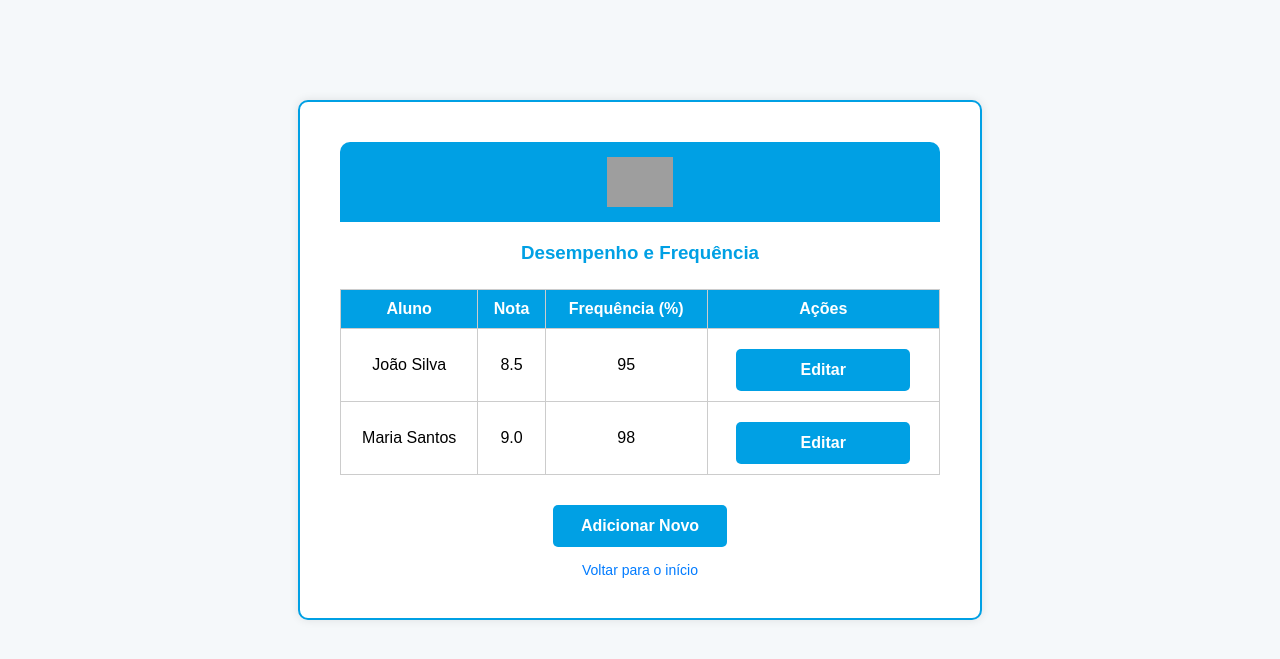
Repository: Guilherme-burle/Portal-do-Aluno-P2
Page: http://localhost/desempenho/
These files come from the project's save history. The page is drawn as it stood at one moment and after the next save; the edit follows.
The browser window is 1280 px wide. The pictures show the whole page.
Pictures or frames that could not be fetched are drawn as grey boxes. The page is served by the project's application, run on Django 5.2 (PortaldoAluno/manage.py). A made-up administrator, testuser (Test User, test@example.com), is signed in. Other server files are loaded and not shown.

Above is the page before, as saved 2025-05-19 17:30:05.

### PortaldoAluno/Aplicativo/templates/listD&F.html
<!DOCTYPE html>
<html lang="pt-br">
<head>
  <meta charset="UTF-8" />
  <title>Visualizar Desempenho e Frequência</title>
  <style>
    body {
      font-family: Arial, sans-serif;
      background-color: #f5f8fa;
      margin: 0;
      padding: 0;
      display: flex;
      justify-content: center;
      align-items: center;
      height: 100vh;
    }

    .container {
      background-color: white;
      padding: 40px;
      border-radius: 10px;
      border: 2px solid #00a0e4;
      box-shadow: 0 0 10px rgba(0,0,0,0.1);
      text-align: center;
      width: 600px;
      overflow-y: auto;
      max-height: 90vh;
    }

    .logo {
      background-color: #00a0e4;
      padding: 15px;
      border-radius: 10px 10px 0 0;
      display: flex;
      align-items: center;
      justify-content: center;
    }

    .logo img {
      height: 50px;
    }

    h3 {
      color: #00a0e4;
      margin-top: 20px;
      margin-bottom: 25px;
    }

    table {
      width: 100%;
      border-collapse: collapse;
      margin-bottom: 20px;
    }

    th, td {
      border: 1px solid #ccc;
      padding: 10px;
      text-align: center;
    }

    th {
      background-color: #00a0e4;
      color: white;
    }

    .btn {
      background-color: #00a0e4;
      color: white;
      border: none;
      padding: 12px;
      width: 150px;
      border-radius: 5px;
      cursor: pointer;
      font-weight: bold;
      margin-top: 10px;
      text-decoration: none;
      display: inline-block;
    }

    .btn:hover {
      background-color: #007bbd;
    }

    .voltar {
      margin-top: 15px;
      font-size: 14px;
    }

    .voltar a {
      color: #007bff;
      text-decoration: none;
    }

    .voltar a:hover {
      text-decoration: underline;
    }
  </style>
</head>
<body>
  <div class="container">
    <div class="logo">
      <img src="https://i.imgur.com/7H8lMIL.png" alt="Logo Instituto Solidare" />
    </div>

    <h3>Desempenho e Frequência</h3>

    <table>
      <thead>
        <tr>
          <th>Aluno</th>
          <th>Nota</th>
          <th>Frequência (%)</th>
          <th>Ações</th>
        </tr>
      </thead>
      <tbody>
        <!-- Exemplo estático, substitua com dados dinâmicos -->
        <tr>
          <td>João Silva</td>
          <td>8.5</td>
          <td>95</td>
          <td><a class="btn" href="/desempenho/editar/1">Editar</a></td>
        </tr>
        <tr>
          <td>Maria Santos</td>
          <td>9.0</td>
          <td>98</td>
          <td><a class="btn" href="/desempenho/editar/2">Editar</a></td>
        </tr>
      </tbody>
    </table>

    <a href="/desempenho/adicionar" class="btn">Adicionar Novo</a>

    <div class="voltar">
      <a href="/">Voltar para o início</a>
    </div>
  </div>
</body>
</html>

### PortaldoAluno/Aplicativo/decorators.py
from django.shortcuts import redirect

def login_required(view_func):
    def wrapper(request, *args, **kwargs):
        if not request.user.is_authenticated:
            return redirect('login')
        return view_func(request, *args, **kwargs)
    return wrapper

### PortaldoAluno/Aplicativo/views.py
from django.contrib.auth import logout
from django.contrib.auth.models import User
from django.shortcuts import render, redirect, get_object_or_404
from django.contrib.auth import authenticate, login as auth_login
from .models import Aluno, Avaliacao, EventoCalendario, DesempenhoFrequencia
from django.contrib import messages
from django.urls import reverse
from .decorators import login_required
from django.contrib.auth.hashers import make_password
from datetime import date


@login_required
def home(request):
    return render(request, 'home.html')

@login_required
def home_adm(request):
    alunos = Aluno.objects.all()
    return render(request, 'homeadm.html', {'alunos': alunos})

def cadastro(request):
    if request.method == 'POST':
        nome = request.POST.get('nome')
        email = request.POST.get('email')
        senha = request.POST.get('senha')
        is_admin = request.POST.get('is_admin') == 'on'

        print(f"Nome: {nome}")
        print(f"E-mail: {email}")
        print(f"Senha: {senha}")
        print(f"Administrador: {is_admin}")

        if User.objects.filter(email=email).exists():
            return render(request, 'cadastro.html', {'mensagem': 'E-mail já está em uso.'})

        try:
            user = User.objects.create_user(
                username=email,
                email=email,
                password=senha,
                first_name=nome,
                is_superuser=is_admin,
                is_staff=is_admin
            )
            user.save()

            print(f"Usuário {user.username} cadastrado com sucesso!")

            return redirect('login')

        except Exception as e:
            print(f"Erro ao criar o usuário: {e}")
            return render(request, 'cadastro.html', {
                'mensagem': 'Erro ao cadastrar o usuário. Tente novamente.',
                'tipo_mensagem': 'error'
            })

    return render(request, 'cadastro.html')

def login(request):
    if request.method == 'POST':
        username = request.POST.get('username')
        password = request.POST.get('password')

        print(f"Username: {username}, Password: {password}")
        user = authenticate(request, username=username, password=password)

        if user:
            print("Usuário autenticado!")
            auth_login(request, user)
            return redirect('homeadm') if user.is_staff else redirect('home')
        else:
            print("Dados inválidos")
            return render(request, 'login.html', {'erro': 'Dados inválidos'})

    return render(request, 'login.html')

@login_required
def logout_view(request):
    logout(request)
    return redirect('home')

@login_required
def add_aluno(request):
    if request.method == 'POST':
        nome = request.POST.get('nome')
        data_nascimento = request.POST.get('data_nascimento')
        escolaridade = request.POST.get('escolaridade')
        turno = request.POST.get('turno')
        escola = request.POST.get('escola')
        endereco = request.POST.get('endereco')
        bairro = request.POST.get('bairro')
        telefone = request.POST.get('telefone')
        curso = request.POST.get('curso')

        if not all([nome, data_nascimento, escolaridade, turno, escola, endereco, bairro, telefone, curso]):
            return render(request, 'add.html', {'erro': 'Todos os campos são obrigatórios'})

        aluno = Aluno.objects.create(
            nome=nome,
            data_nascimento=data_nascimento,
            escolaridade=escolaridade,
            turno=turno,
            escola=escola,
            endereco=endereco,
            bairro=bairro,
            telefone=telefone,
            curso=curso,
        )

        aluno.save()

        messages.success(request, 'Aluno cadastrado com sucesso!')
        return render(request, 'add.html')

    return render(request, 'add.html')

@login_required
def ver(request):
    alunos = Aluno.objects.all()

    return render(request, 'ver.html', {'alunos': alunos})

@login_required
def deletar_alunos(request, aluno_id):
    aluno = get_object_or_404(Aluno, id=aluno_id)
    aluno.delete()
    return redirect(request.META.get('HTTP_REFERER', 'ver'))

@login_required
def editar_alunos(request, aluno_id):
    aluno = get_object_or_404(Aluno, id=aluno_id)

    if request.method == 'POST':
        nome = request.POST.get('nome')
        data_nascimento = request.POST.get('data_nascimento')
        escolaridade = request.POST.get('escolaridade')
        turno = request.POST.get('turno')
        escola = request.POST.get('escola')
        endereco = request.POST.get('endereco')
        bairro = request.POST.get('bairro')
        telefone = request.POST.get('telefone')
        curso = request.POST.get('curso')

        alterado = (
            nome != aluno.nome or
            data_nascimento != str(aluno.data_nascimento) or
            escolaridade != aluno.escolaridade or
            turno != aluno.turno or
            escola != aluno.escola or
            endereco != aluno.endereco or
            bairro != aluno.bairro or
            telefone != aluno.telefone or
            curso != aluno.curso
        )

        if alterado:
            aluno.nome = nome
            aluno.data_nascimento = data_nascimento
            aluno.escolaridade = escolaridade
            aluno.turno = turno
            aluno.escola = escola
            aluno.endereco = endereco
            aluno.bairro = bairro
            aluno.telefone = telefone
            aluno.curso = curso
            aluno.save()
            messages.success(request, 'Informações atualizadas com sucesso!')
        else:
            messages.error(request, 'Você precisa alterar alguma informação.')

    return render(request, 'editar.html', {'aluno': aluno})

@login_required
def avaliar_solidare(request):
    if request.method == 'POST':
        pergunta_1 = request.POST.get('pergunta_1')
        pergunta_2 = request.POST.get('pergunta_2')
        pergunta_3 = request.POST.get('pergunta_3')
        sugestao = request.POST.get('sugestao', '')

        if not all([pergunta_1, pergunta_2, pergunta_3]):
            messages.error(request, 'Responda todos os campos.')
            return render(request, 'avaliacao.html')

        Avaliacao.objects.create(
            pergunta_1=pergunta_1,
            pergunta_2=pergunta_2,
            pergunta_3=pergunta_3,
            sugestao=sugestao
        )
        messages.success(request, 'Avaliação enviada com sucesso!')

    return render(request, 'avaliacao.html')

@login_required
def calendario(request):
    hoje = date.today()
    eventos = EventoCalendario.objects.filter(user=request.user).order_by('data')
    meses = ["Janeiro", "Fevereiro", "Março", "Abril", "Maio", "Junho", "Julho", "Agosto", "Setembro", "Outubro", "Novembro", "Dezembro"]
    dias_semana = ["Dom", "Seg", "Ter", "Qua", "Qui", "Sex", "Sab"]
    contexto = {
        'meses': meses,
        'dias_semana': dias_semana,
        'eventos': eventos,
        'ano_atual': hoje.year,
        'mes_atual': hoje.month - 1
    }
    return render(request, 'calendario.html', contexto)

@login_required
def add_eventos(request):
    data = request.GET.get('data')

    if request.method == 'POST':
        nome = request.POST.get('nome')
        horario = request.POST.get('horario')


        if nome and data:
            EventoCalendario.objects.create(nome=nome, data=data, horario=horario, user=request.user)
            messages.success(request, "Evento adicionado com sucesso!")
            return redirect('calendario')
        else:
            return render(request, 'add_eventos.html', {'erro': 'Dados incompletos.', 'data': data})

    if not data:
        return render(request, 'erro.html', {'mensagem': 'Data não informada.'})

    return render(request, 'add_eventos.html', {'data': data})

@login_required
def desempenho_create(request):
    if request.method == 'POST':
        aluno_id = request.POST.get('aluno')
        faltas = request.POST.get('faltas')
        desempenho = request.POST.get('desempenho')
        emoji = request.POST.get('emoji')
        comentario = request.POST.get('comentario_professor')

        aluno = get_object_or_404(Aluno, id=aluno_id)

        DesempenhoFrequencia.objects.create(
            aluno=aluno,
            faltas=faltas,
            desempenho=desempenho,
            emoji=emoji,
            comentario_professor=comentario
        )
        return redirect('listD&F')

    alunos = Aluno.objects.all()
    return render(request, 'addD&F.html', {'alunos': alunos})

@login_required
def desempenho_list(request):
    desempenhos = DesempenhoFrequencia.objects.select_related('aluno').all()
    return render(request, 'listD&F.html', {'desempenhos': desempenhos})

@login_required
def desempenho_edit(request, id):
    desempenho = get_object_or_404(DesempenhoFrequencia, id=id)

    if request.method == 'POST':
        desempenho.faltas = request.POST.get('faltas')
        desempenho.desempenho = request.POST.get('desempenho')
        desempenho.emoji = request.POST.get('emoji')
        desempenho.comentario_professor = request.POST.get('comentario_professor')
        desempenho.save()
        return redirect('listD&F')

    return render(request, 'editD&F.html', {'desempenho': desempenho})

@login_required
def desempenho_delete(request, id):
    desempenho = get_object_or_404(DesempenhoFrequencia, id=id)
    desempenho.delete()
    return redirect('listD&F')

### PortaldoAluno/projeto/urls.py
"""
URL configuration for portal project.

The `urlpatterns` list routes URLs to views. For more information please see:
    https://docs.djangoproject.com/en/5.2/topics/http/urls/
Examples:
Function views
    1. Add an import:  from my_app import views
    2. Add a URL to urlpatterns:  path('', views.home, name='home')
Class-based views
    1. Add an import:  from other_app.views import Home
    2. Add a URL to urlpatterns:  path('', Home.as_view(), name='home')
Including another URLconf
    1. Import the include() function: from django.urls import include, path
    2. Add a URL to urlpatterns:  path('blog/', include('blog.urls'))
"""
from django.contrib import admin
from django.urls import path, include

urlpatterns = [
    path('admin/', admin.site.urls),
    path('', include('Aplicativo.urls')),
]

### PortaldoAluno/Aplicativo/urls.py
from django.urls import path
from . import views

urlpatterns = [
    path('', views.home, name='home'),
    path('login/', views.login, name='login'),
    path('logout/', views.logout_view, name='logout'),
    path('cadastro/', views.cadastro, name='cadastro'),
    path('add/', views.add_aluno, name='add'),
    path('homeadm/', views.home_adm, name='homeadm'),
    path('ver/', views.ver, name='ver'),
    path('ver/<int:aluno_id>/deletar', views.deletar_alunos, name='deletar'),
    path('ver/<int:aluno_id>/editar', views.editar_alunos, name='editar'),
    path('avaliacao/', views.avaliar_solidare, name='avaliacao'),
    path('calendario/', views.calendario, name='calendario'),
    path('add_eventos/', views.add_eventos, name='add_eventos'),
    path('desempenho/adicionar/', views.desempenho_create, name='desempenho_create'),
    path('desempenho/', views.desempenho_list, name='desempenho_list'),
    path('desempenho/editar/<int:id>/', views.desempenho_edit, name='desempenho_edit'),
    path('desempenho/excluir/<int:id>/', views.desempenho_delete, name='desempenho_delete'),
]

After the next save:
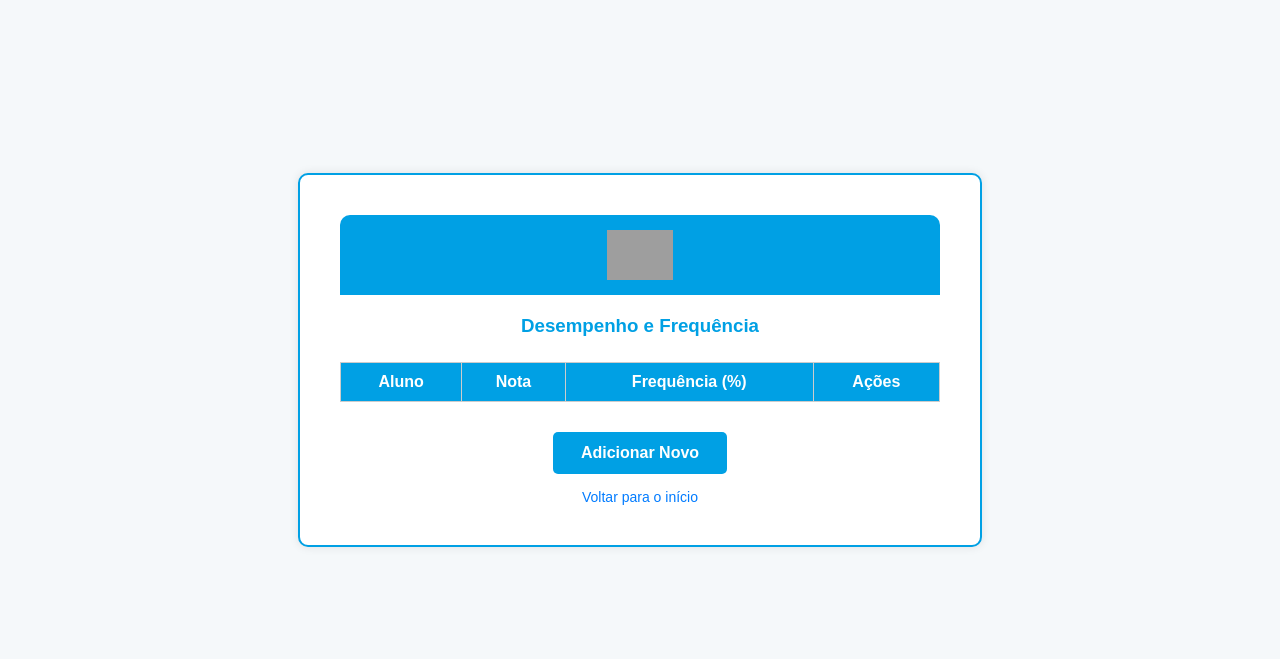
Saved 35 s later.
--- a/PortaldoAluno/Aplicativo/templates/listD&F.html
+++ b/PortaldoAluno/Aplicativo/templates/listD&F.html
@@ -114,19 +114,7 @@
         </tr>
       </thead>
       <tbody>
-        <!-- Exemplo estático, substitua com dados dinâmicos -->
-        <tr>
-          <td>João Silva</td>
-          <td>8.5</td>
-          <td>95</td>
-          <td><a class="btn" href="/desempenho/editar/1">Editar</a></td>
-        </tr>
-        <tr>
-          <td>Maria Santos</td>
-          <td>9.0</td>
-          <td>98</td>
-          <td><a class="btn" href="/desempenho/editar/2">Editar</a></td>
-        </tr>
+
       </tbody>
     </table>
 
